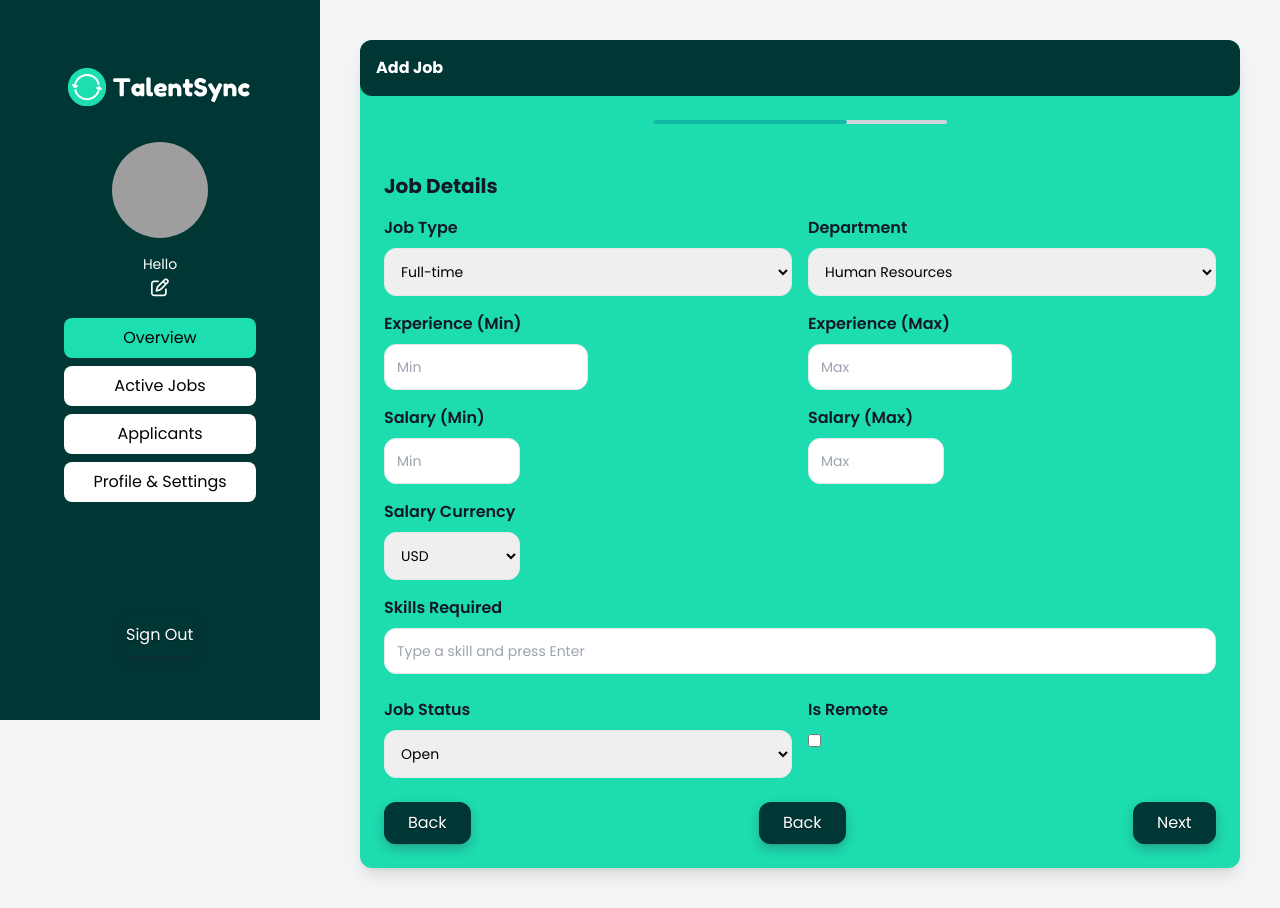
Repository: AbdullahScriptStudio/TalentSync
Page: http://localhost/recruiter/create/step2/
These files come from the project's save history. The page is drawn as it stood at one moment and after the next save; the edit follows.
The browser window is 1280 px wide. The pictures show the whole page.
Pictures or frames that could not be fetched are drawn as grey boxes. Some web libraries are served in a nearby version. The page is served by the project's application, run on Django 5.2 (manage.py). Other server files are loaded and not shown.

Above is the page before, as saved 2025-03-25 17:00:43.

### recruiter/templates/recruiter/job_form_step2.html
<!DOCTYPE html>
<html lang="en">
{% load static %}

<head>
    <meta charset="UTF-8">
    <meta name="viewport" content="width=device-width, initial-scale=1.0">
    <script src="https://cdn.tailwindcss.com"></script>
    <link rel="stylesheet" href="https://cdnjs.cloudflare.com/ajax/libs/font-awesome/6.0.0-beta3/css/all.min.css">
    <title>Job Post - Step 2</title>
    <style>
        @import url('https://fonts.googleapis.com/css2?family=Inter:ital,opsz,wght@0,14..32,100..900;1,14..32,100..900&family=Poppins:ital,wght@0,100;0,200;0,300;0,400;0,500;0,600;0,700;0,800;0,900&display=swap');

        body {
            font-family: "Poppins", sans-serif;
            background-color: white;
        }

        button {
            font-size: 18px;
            display: inline-block;
            outline: 0;
            border: 0;
            cursor: pointer;
            will-change: box-shadow, transform;
            background: radial-gradient(100% 100% at 100% 0%, #003634 0%, #003634 100%);
            box-shadow: 0px 0.01em 0.01em rgb(45 35 66 / 40%), 0px 0.3em 0.7em -0.01em rgb(45 35 66 / 30%), inset 0px -0.01em 0px rgb(0 54 52 / 50%);
            padding: 0 2em;
            border-radius: 0.3em;
            color: #fff;
            height: 2.6em;
            text-shadow: 0 1px 0 rgb(0 0 0 / 40%);
            transition: box-shadow 0.15s ease, transform 0.15s ease;
        }

        button:hover {
            box-shadow: 0px 0.1em 0.2em rgb(0 54 52 / 40%), 0px 0.4em 0.7em -0.1em rgb(0 54 52 / 30%), inset 0px -0.1em 0px #003634;
            transform: translateY(-0.1em);
        }

        button:active {
            box-shadow: inset 0px 0.1em 0.6em #003634;
            transform: translateY(0em);
        }

        .skill-box {
            display: flex;
            flex-wrap: wrap;
            gap: 10px;
        }

        .skill-item {
            background-color: #003634;
            color: white;
            padding: 8px 12px;
            border-radius: 20px;
            display: flex;
            align-items: center;
        }

        .skill-item button {
            background: none;
            border: none;
            color: white;
            cursor: pointer;
            margin-left: 8px;
        }
    </style>
</head>

<body class="bg-gray-100">
    <div class="flex min-h-screen">
        <!-- Sidebar -->
        <div class="bg-[#003634] text-white w-1/4 p-6 flex flex-col items-center fixed h-full" style="padding: 4rem;">
            <div class="flex items-center mb-8">
                <img alt="TalentSync logo" class="w-48 h-auto" src="{% static 'images/logo.svg' %}" />
            </div>
            <img alt="Profile picture of John Smith" class="w-24 h-24 rounded-full mb-4" height="100" src="{% static 'images/dog-profile.svg' %}" width="100" />
            <div class="text-center mb-4">
                <p class="text-sm">Hello</p>
                <p class="text-lg">{{ user.first_name }} {{ user.last_name }} <i class="fa-regular fa-pen-to-square"></i></p>
            </div>
            <nav class="flex flex-col w-full">
                <a href="overviewDashboard.html" class="bg-[#1cdeb0] text-white py-2 px-4 rounded mb-2" style="border-radius: 0.5rem;color: rgb(0 0 0); text-align: center;">Overview</a>
                <a href="aciveJobsDashboard.html" class="bg-white text-teal-900 py-2 px-4 rounded mb-2" style="border-radius: 0.5rem;color: rgb(0 0 0); text-align: center;">Active Jobs</a>
                <a href="applicantsDashboard.html" class="bg-white text-teal-900 py-2 px-4 rounded mb-2" style="border-radius: 0.5rem;color: rgb(0 0 0); text-align: center;">Applicants</a>
                <a href="#" class="bg-white text-teal-900 py-2 px-4 rounded mb-2" style="border-radius: 0.5rem;color: rgb(0 0 0); text-align: center;">Profile &amp; Settings</a>
            </nav>
            <button class="mt-auto text-white">Sign Out</button>
        </div>

        <!-- Main Content -->
        <div class="flex-1 p-10 ml-[25%] overflow-y-auto">
            <div class="bg-[#1dddb0] rounded-xl shadow-lg">
                <div>
                    <h2 class="bg-[#003634] text-white font-bold mb-6 p-4 rounded-xl">Add Job</h2>
                </div>

                <!-- Progress Bar -->
                <div class="flex justify-center mb-6">
                    <div class="w-1/3 h-1 bg-gray-300 rounded-full">
                        <div class="h-full bg-teal-500 rounded-full" style="width: 66%;"></div> <!-- 66% for step 2 -->
                    </div>
                </div>

                <div class="p-6 rounded-xl">
                    <h3 class="text-xl font-bold text-gray-900 mb-4">Job Details</h3>
                    <form method="POST">
                        {% csrf_token %}
                        <div class="grid grid-cols-1 md:grid-cols-2 gap-4">
                            <div>
                                <label class="block text-gray-900 font-semibold mb-2">Job Type</label>
                                <select class="w-full p-3 text-sm border rounded-xl" name="job_type">
                                    <option value="contract" {% if form.job_type.value == "contract" %}selected{% endif %}>Contract</option>
                                    <option value="full_time" {% if form.job_type.value == "full_time" %}selected{% endif %}>Full-time</option>
                                    <option value="part_time" {% if form.job_type.value == "part_time" %}selected{% endif %}>Part-time</option>
                                    <option value="internship" {% if form.job_type.value == "internship" %}selected{% endif %}>Internship</option>
                                </select>
                            </div>
                            <div>
                                <label class="block text-gray-900 font-semibold mb-2">Department</label>
                                <select class="w-full p-3 text-sm border rounded-xl" name="department">
                                    <option value="human_resources" {% if form.department.value == "human_resources" %}selected{% endif %}>Human Resources</option>
                                    <option value="engineering" {% if form.department.value == "engineering" %}selected{% endif %}>Engineering</option>
                                    <option value="marketing" {% if form.department.value == "marketing" %}selected{% endif %}>Marketing</option>
                                    <option value="sales" {% if form.department.value == "sales" %}selected{% endif %}>Sales</option>
                                </select>
                            </div>
                            <div>
                                <label class="block text-gray-900 font-semibold mb-2">Experience (Min)</label>
                                <input type="number" class="w-1/2 p-3 text-sm border rounded-xl" placeholder="Min" name="min_experience" value="{{ form.min_experience.value|default:'' }}" required />
                            </div>
                            <div>
                                <label class="block text-gray-900 font-semibold mb-2">Experience (Max)</label>
                                <input type="number" class="w-1/2 p-3 text-sm border rounded-xl" placeholder="Max" name="max_experience" value="{{ form.max_experience.value|default:'' }}" required />
                            </div>
                            <div>
                                <label class="block text-gray-900 font-semibold mb-2">Salary (Min)</label>
                                <input type="number" class="w-1/3 p-3 text-sm border rounded-xl" placeholder="Min" name="min_salary" value="{{ form.min_salary.value|default:'' }}" required />
                            </div>
                            <div>
                                <label class="block text-gray-900 font-semibold mb-2">Salary (Max)</label>
                                <input type="number" class="w-1/3 p-3 text-sm border rounded-xl" placeholder="Max" name="max_salary" value="{{ form.max_salary.value|default:'' }}" required />
                            </div>
                            <div>
                                <label class="block text-gray-900 font-semibold mb-2">Salary Currency</label>
                                <select class="w-1/3 p-3 text-sm border rounded-xl" name="salary_currency">
                                    <option value="USD" {% if form.salary_currency.value == "USD" %}selected{% endif %}>USD</option>
                                    <option value="EUR" {% if form.salary_currency.value == "EUR" %}selected{% endif %}>EUR</option>
                                    <option value="GBP" {% if form.salary_currency.value == "GBP" %}selected{% endif %}>GBP</option>
                                </select>
                            </div>
                            <div class="col-span-1 md:col-span-2">
                                <label class="block text-gray-900 font-semibold mb-2">Skills Required</label>
                                <input id="skill-input" type="text" class="w-full p-3 text-sm border rounded-xl mb-2" placeholder="Type a skill and press Enter" name="skills_required" value="{{ form.skills_required.value|default:'' }}" required />
                                <div id="skill-container" class="skill-box">
                                    <!-- Dynamically added skills will show up here -->
                                </div>
                            </div>
                            <div>
                                <label class="block text-gray-900 font-semibold mb-2">Job Status</label>
                                <select class="w-full p-3 text-sm border rounded-xl" name="job_status">
                                    <option value="open" {% if form.job_status.value == "open" %}selected{% endif %}>Open</option>
                                    <option value="closed" {% if form.job_status.value == "closed" %}selected{% endif %}>Closed</option>
                                    <option value="paused" {% if form.job_status.value == "paused" %}selected{% endif %}>Paused</option>
                                </select>
                            </div>
                            <div>
                                <label class="block text-gray-900 font-semibold mb-2">Is Remote</label>
                                <input type="checkbox" name="is_remote" {% if form.is_remote.value %}checked{% endif %}>
                            </div>
                        </div>

                        <div class="flex justify-between mt-6">
                            <!-- Back Button Link to Step 1 -->
                            <button class="bg-[#003634] text-white py-2 px-6 rounded-xl" type="button" onclick="window.location.href='/recruiter/create/step1/'">Back</button>
                            <button class="bg-[#003634] text-white py-2 px-6 rounded-xl" type="button" onclick="window.location.href='/recruiter/create/step3/'">Back</button>
                            <button class="bg-[#003634] text-white py-2 px-6 rounded-xl" type="submit">Next</button>
                        </div>
                    </form>
                </div>
            </div>
        </div>
    </div>

    <script>
        document.addEventListener('DOMContentLoaded', function () {
            const skillInput = document.getElementById('skill-input');
            const skillContainer = document.getElementById('skill-container');

            skillInput.addEventListener('keypress', function (e) {
                if (e.key === 'Enter' && skillInput.value.trim() !== '') {
                    const skillName = skillInput.value.trim();
                    if (isSkillDuplicate(skillName)) {
                        alert('Skill already exists.');
                    } else {
                        addSkill(skillName);
                        skillInput.value = '';
                    }
                }
            });

            function isSkillDuplicate(skillName) {
                const skills = skillContainer.querySelectorAll('.skill-item');
                for (const skill of skills) {
                    if (skill.textContent.includes(skillName)) {
                        return true;
                    }
                }
                return false;
            }

            function addSkill(skillName) {
                const skill = document.createElement('div');
                skill.className = 'skill-item';
                skill.innerHTML = `
                    <span>${skillName}</span>
                    <button class="text-white hover:text-[#1cdeb0]">
                        <i class="fas fa-times"></i>
                    </button>
                `;
                skill.querySelector('button').addEventListener('click', function () {
                    skill.remove();
                });
                skillContainer.appendChild(skill);
            }
        });
    </script>
</body>

</html>

### recruiter/forms.py
from django import forms

class JobPostFormStep1(forms.Form):
    title = forms.CharField(max_length=255, required=True, widget=forms.TextInput(attrs={'placeholder': 'Enter Job Title'}))
    company = forms.CharField(max_length=255, required=True, widget=forms.TextInput(attrs={'placeholder': 'Enter Company Name'}))
    country = forms.ChoiceField(choices=[('DE', 'Germany')], required=True)
    state_province = forms.ChoiceField(choices=[('Bavaria', 'Bavaria'), ('Berlin', 'Berlin')], required=True)
    city = forms.ChoiceField(choices=[('Munich', 'Munich'), ('Berlin', 'Berlin')], required=True)




class JobPostFormStep2(forms.Form):
    JOB_TYPES = [
        ('full_time', 'Full-time'),
        ('part_time', 'Part-time'),
        ('contract', 'Contract'),
        ('freelance', 'Freelance'),
        ('temporary', 'Temporary'),
    ]

    salary_currency_choices = [
        ('USD', 'USD'),
        ('EUR', 'EUR'),
        ('GBP', 'GBP'),
    ]

    job_type = forms.ChoiceField(choices=JOB_TYPES, required=True)
    department = forms.CharField(max_length=100, required=True)
    min_experience = forms.IntegerField(required=True, min_value=0)
    max_experience = forms.IntegerField(required=True, min_value=0)
    min_salary = forms.DecimalField(max_digits=10, decimal_places=2, required=True)
    max_salary = forms.DecimalField(max_digits=10, decimal_places=2, required=True)
    salary_currency = forms.ChoiceField(choices=salary_currency_choices, required=True)
    skills_required = forms.CharField(max_length=500, required=True)

    def clean(self):
        cleaned_data = super().clean()

        # Validate that min_experience is less than or equal to max_experience
        min_exp = cleaned_data.get('min_experience')
        max_exp = cleaned_data.get('max_experience')

        if min_exp and max_exp and min_exp > max_exp:
            raise forms.ValidationError("Minimum experience must be less than or equal to maximum experience.")

        # Validate that min_salary is less than or equal to max_salary
        min_sal = cleaned_data.get('min_salary')
        max_sal = cleaned_data.get('max_salary')

        if min_sal and max_sal and min_sal > max_sal:
            raise forms.ValidationError("Minimum salary must be less than or equal to maximum salary.")

        return cleaned_data



class JobPostFormStep3(forms.Form):
    job_description = forms.CharField(
        widget=forms.Textarea(attrs={'class': 'w-full p-3 text-sm border rounded-xl', 'placeholder': 'Enter the job description here...'}),
        required=True,
        error_messages={'required': 'Job description is required!'}
    )

### recruiter/views.py
from django.shortcuts import render, redirect
from .models import JobPost
#from .forms import JobPostForm  # We'll create this form next
from .forms import JobPostFormStep1, JobPostFormStep2, JobPostFormStep3




# View to list all job posts
def job_list(request):
    job_posts = JobPost.objects.all()
    return render(request, 'recruiter/job_list.html', {'job_posts': job_posts})

# View to show details of a single job post
def job_detail(request, pk):
    job_post = JobPost.objects.get(pk=pk)
    return render(request, 'recruiter/job_detail.html', {'job_post': job_post})

# View to create a new job post
def job_create_step1(request):
    if request.method == 'POST':
        form = JobPostFormStep1(request.POST)
        if form.is_valid():
            # Save form data in session
            request.session['job_title'] = form.cleaned_data['title']
            request.session['company'] = form.cleaned_data['company']
            request.session['country'] = form.cleaned_data['country']
            request.session['state_province'] = form.cleaned_data['state_province']
            request.session['city'] = form.cleaned_data['city']

            return redirect('job_create_step2')  # Proceed to next step
    else:
        form = JobPostFormStep1()

    return render(request, 'recruiter/job_form_step1.html', {'form': form})




def job_create_step2(request):
    if request.method == 'POST':
        form = JobPostFormStep2(request.POST)
        if form.is_valid():
            # Save validated form data in session
            request.session['job_type'] = form.cleaned_data['job_type']
            request.session['department'] = form.cleaned_data['department']
            request.session['min_experience'] = form.cleaned_data['min_experience']
            request.session['max_experience'] = form.cleaned_data['max_experience']
            request.session['min_salary'] = form.cleaned_data['min_salary']
            request.session['max_salary'] = form.cleaned_data['max_salary']
            request.session['salary_currency'] = form.cleaned_data['salary_currency']
            request.session['skills_required'] = form.cleaned_data['skills_required']
            request.session['job_status'] = form.cleaned_data.get('job_status', 'open')  # Add job_status to session

            # Proceed to Step 3
            return redirect('job_create_step3')
    else:
        # Prefill the form with session data
        form = JobPostFormStep2(initial={
            'job_type': request.session.get('job_type', 'full_time'),
            'department': request.session.get('department', ''),
            'min_experience': request.session.get('min_experience', 0),
            'max_experience': request.session.get('max_experience', 0),
            'min_salary': request.session.get('min_salary', 0),
            'max_salary': request.session.get('max_salary', 0),
            'salary_currency': request.session.get('salary_currency', 'USD'),
            'skills_required': request.session.get('skills_required', ''),
            'job_status': request.session.get('job_status', 'open'),
        })

    return render(request, 'recruiter/job_form_step2.html', {'form': form})


def job_create_step3(request):
    if request.method == 'POST':
        form = JobPostFormStep3(request.POST)
        if form.is_valid():
            # Collect data from session (Step 1, Step 2, and Step 3)
            title = request.session.get('job_title', '')
            company = request.session.get('company', '')
            country = request.session.get('country', 'DE')
            state_province = request.session.get('state_province', 'Bavaria')
            city = request.session.get('city', 'Munich')
            job_type = request.session.get('job_type', 'full_time')
            department = request.session.get('department', '')
            min_experience = request.session.get('min_experience', 0)
            max_experience = request.session.get('max_experience', 0)
            min_salary = request.session.get('min_salary', 0.0)
            max_salary = request.session.get('max_salary', 0.0)
            salary_currency = request.session.get('salary_currency', 'EUR')
            skills_required = request.session.get('skills_required', '')
            job_description = form.cleaned_data['job_description']
            job_status = request.session.get('job_status', 'open')  # This was collected in Step 2

            # Save the data to the database
            job_post = JobPost(
                title=title,
                company=company,
                country=country,
                state_province=state_province,
                city=city,
                job_type=job_type,
                department=department,
                min_experience=min_experience,
                max_experience=max_experience,
                min_salary=min_salary,
                max_salary=max_salary,
                salary_currency=salary_currency,
                skills_required=skills_required,
                job_description=job_description,
                status=job_status
            )
            job_post.save()

            # Optionally, you can clear session data if not needed anymore
            request.session.flush()

            # Redirect to a summary or success page
            return redirect('job_create_summary')  # This is a hypothetical summary page
    else:
        form = JobPostFormStep3()

    return render(request, 'recruiter/job_form_step3.html', {'form': form})

### talentsync/urls.py
"""
URL configuration for talentsync project.

The `urlpatterns` list routes URLs to views. For more information please see:
    https://docs.djangoproject.com/en/5.1/topics/http/urls/
Examples:
Function views
    1. Add an import:  from my_app import views
    2. Add a URL to urlpatterns:  path('', views.home, name='home')
Class-based views
    1. Add an import:  from other_app.views import Home
    2. Add a URL to urlpatterns:  path('', Home.as_view(), name='home')
Including another URLconf
    1. Import the include() function: from django.urls import include, path
    2. Add a URL to urlpatterns:  path('blog/', include('blog.urls'))
"""
from django.contrib import admin
from django.urls import path, include
from django.conf import settings
from django.conf.urls.static import static

urlpatterns = [
    path('admin/', admin.site.urls),
    path('recruiter/', include('recruiter.urls')),
    #path('applicant/', include('applicant.urls')),
]


if settings.DEBUG:
    urlpatterns += static(settings.MEDIA_URL, document_root=settings.MEDIA_ROOT)

### recruiter/urls.py
from django.urls import path
from . import views
from django.conf.urls.static import static
from django.conf import settings



urlpatterns = [


    #adding new job
    path('create/step1/', views.job_create_step1, name='job_create_step1'),
    path('create/step2/', views.job_create_step2, name='job_create_step2'),
    path('create/step3/', views.job_create_step3, name='job_create_step3'),
]



if settings.DEBUG:
    urlpatterns += static(settings.MEDIA_URL, document_root=settings.MEDIA_ROOT)

Loaded but not shown: static/images/logo.svg (1 lines, source omitted)

After the next save:
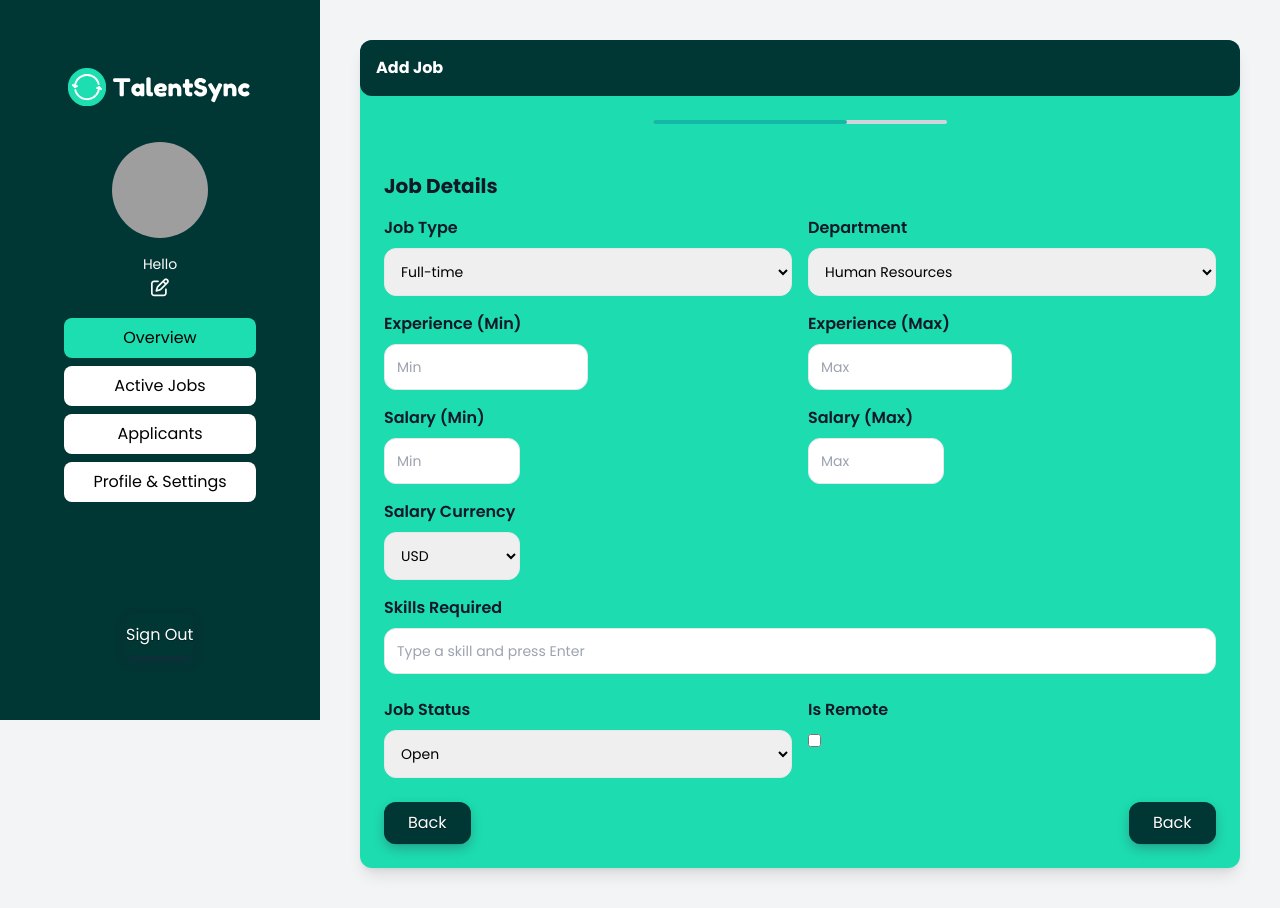
Saved 6 s later.
--- a/recruiter/templates/recruiter/job_form_step2.html
+++ b/recruiter/templates/recruiter/job_form_step2.html
@@ -175,7 +175,7 @@
                             <!-- Back Button Link to Step 1 -->
                             <button class="bg-[#003634] text-white py-2 px-6 rounded-xl" type="button" onclick="window.location.href='/recruiter/create/step1/'">Back</button>
                             <button class="bg-[#003634] text-white py-2 px-6 rounded-xl" type="button" onclick="window.location.href='/recruiter/create/step3/'">Back</button>
-                            <button class="bg-[#003634] text-white py-2 px-6 rounded-xl" type="submit">Next</button>
+
                         </div>
                     </form>
                 </div>
